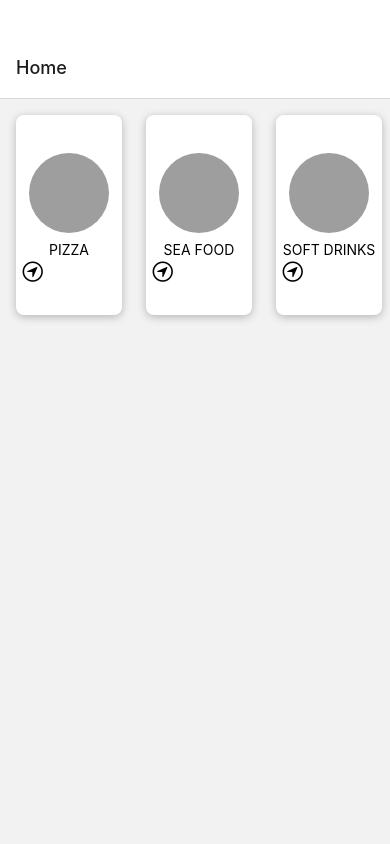
Repository: Esraa22M/ReactNative
Screen: /
The author's editor kept a copy of each file at every save. The screen is drawn from the files as they stood at one save, then again after the next save.
Pictures or frames that could not be fetched are drawn as grey boxes. The app was drawn by React Native's web renderer in a window 390 px wide. The project was rebuilt for these pictures with package versions that can differ from the ones it lists, and the page was loaded fresh each time. Also part of the build but not shown: src/components/header/header.component.js, src/colors/front-screen-colors/user-auth-colors.js, src/components/header/header.styles.js, src/components/textInput/textInput.styles.js, src/components/textInput/textInput.components.jsx, src/components/singup-form-body/singup-form-body.components.js, src/screens/front-screen/Singup/singup-screen.screens.jsx, src/authentication/api/login-info.js and 2 more.

Above is the screen before, as saved 2023-09-21 01:22:23.

### App.js
import { SafeAreaView } from "react-native";
import { singupStyles } from "./src/screens/front-screen/Singup/singup-screen.styles";
import { Singup } from "./src/screens/front-screen/Singup/singup-screen.screens";
import UserCard from "./src/screens/front-screen/user-card/user-card.screens";
import { NavigationContainer } from "@react-navigation/native";
import { createStackNavigator } from "@react-navigation/stack";
import { Home } from "./src/screens/front-screen/home/home.screens";
const Stack = createStackNavigator();
export default function App() {
  return (
    <SafeAreaView style={singupStyles.container}>
      {/* <UserCard /> */}
      <NavigationContainer>
        <Stack.Navigator>
          <Stack.Screen name="Home" component={Home} />
        </Stack.Navigator>
      </NavigationContainer>
    </SafeAreaView>
  );
}

### src/screens/front-screen/Singup/singup-screen.styles.jsx
import { StyleSheet } from "react-native";
export const singupStyles = StyleSheet.create({
  container: { flex: 1, marginTop: 35 },
});

### src/screens/front-screen/home/home.screens.js
import { View, Text } from "react-native";
import { Categories } from "../../../components/categories/categories.components";
export const Home = () => {
  return (
    <>
      <Categories />
    </>
  );
};

### src/components/categories/categories.components.js
import { categories } from "../../data/dummay__data";
import { FlatList } from "react-native";
import { CategoryItem } from "./category-item.components";
export const Categories = () => {
  function renderCategoryItem(itemData) {
    return <CategoryItem item={itemData.item} />;
  }
  return (
    <FlatList
      numColumns={3}
      data={categories}
      renderItem={renderCategoryItem}
      keyExtractor={(item) => item.id}
    />
  );
};

### src/data/dummay__data.js
import { Category } from "../modal/category.modals";
export const categories = [
  new Category(
    "1pizza",
    "Pizza",
    "https://img.freepik.com/free-vector/flying-slice-pizza-cartoon-vector-illustration-fast-food-concept-isolated-vector-flat-cartoon-style_138676-1934.jpg?w=740&t=st=1695067102~exp=1695067702~hmac=7d47136b0dff2be87480dc1a22a28658daa67f706d90b59d117303a312dc6c16"
  ),
  new Category(
    "sea_food2",
    "sea food",
    "https://img.freepik.com/free-vector/seafood-products-set_98292-1624.jpg?w=740&t=st=1695067277~exp=1695067877~hmac=62082bdd900b5c830349f2bb8f3cd3466fcfb5395c4f24459194aeaeb256cb2c"
  ),
  new Category(
    "3softDrinks",
    "soft drinks",
    "https://img.freepik.com/free-vector/soda-cups-drink_24877-57922.jpg?w=740&t=st=1695067422~exp=1695068022~hmac=60b80d144880f8a8413a85c867ecfc35a38170c71354acfc84aa5b82ae30d594"
  ),
];

### src/components/categories/category-item.components.js
import { View, Text, Image, StyleSheet, Pressable } from "react-native";
import { HomeColors } from "../../colors/front-screen-colors/home-colors";
import { IconButton } from "../icon-button/icon-button.components";
export const CategoryItem = ({ item }) => {
  const { name, image } = item;
  console.log(item);
  return (
    <View style={styles.container}>
      <Pressable>
        <Image source={{ uri: image }} style={styles.image} />
        <Text style={styles.categoryName}>{name}</Text>
        <IconButton name={"arrow-back-circle"} size={25} color="black" />
      </Pressable>
    </View>
  );
};
const styles = StyleSheet.create({
  container: {
    flex: 1,
    height: 200,
    justifyContent: "center",
    backgroundColor: HomeColors.LIGHT_COLOR,
    alignItems: "center",
    shadowColor: "black",
    shadowOpacity: 0.25,
    shadowOffset: { width: 0, height: 2 },
    shadowRadius: 8,
    marginVertical: 16,
    marginLeft: 16,
    marginRight: 8,
    elevation: 4,
    alignItems: "center",
    borderRadius: 8,
  },
  image: {
    width: 80,
    height: 80,
    borderRadius: 80 / 2,
    margin: 8,
  },
  categoryName: {
    textAlign: "center",
    textTransform: "uppercase",
  },
});

### src/modal/category.modals.js
export class Category {
  constructor(id, name, image) {
    this.id = id;
    this.name = name;
    this.image = image;
  }
}

### src/colors/front-screen-colors/home-colors.js
export const HomeColors = { LIGHT_COLOR: "white", ACTIVE_COLOR: "#FFBF00" };

### src/components/icon-button/icon-button.components.js
import { Pressable, StyleSheet } from "react-native";
import Ionicons from "@expo/vector-icons/Ionicons";
export const IconButton = ({ name, color, size, ...props }) => {
  return (
    <Pressable style={({ pressed }) => pressed && styles.pressed}>
      <Ionicons
        {...props}
        name={"navigate-circle-outline"}
        color={color}
        size={size}
      />
    </Pressable>
  );
};
const styles = StyleSheet.create({ pressed: { opacity: 0.7, color: "blue" } });

After the next save:
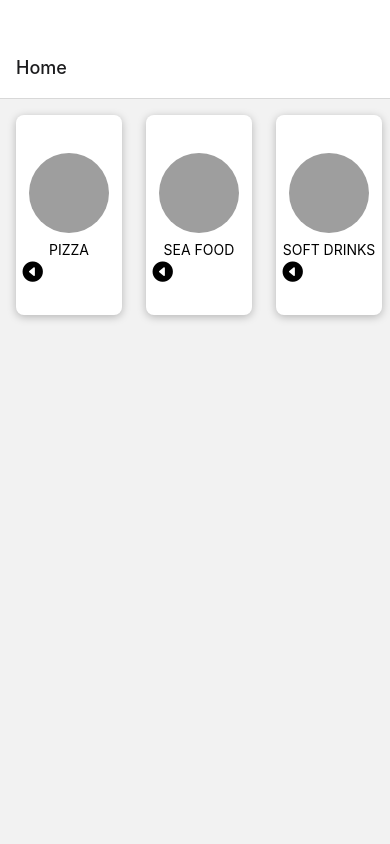
Saved 36 s later.
--- a/src/components/icon-button/icon-button.components.js
+++ b/src/components/icon-button/icon-button.components.js
@@ -5,7 +5,7 @@ export const IconButton = ({ name, color, size, ...props }) => {
     <Pressable style={({ pressed }) => pressed && styles.pressed}>
       <Ionicons
         {...props}
-        name={"navigate-circle-outline"}
+        name={"caret-back-circle"}
         color={color}
         size={size}
       />
